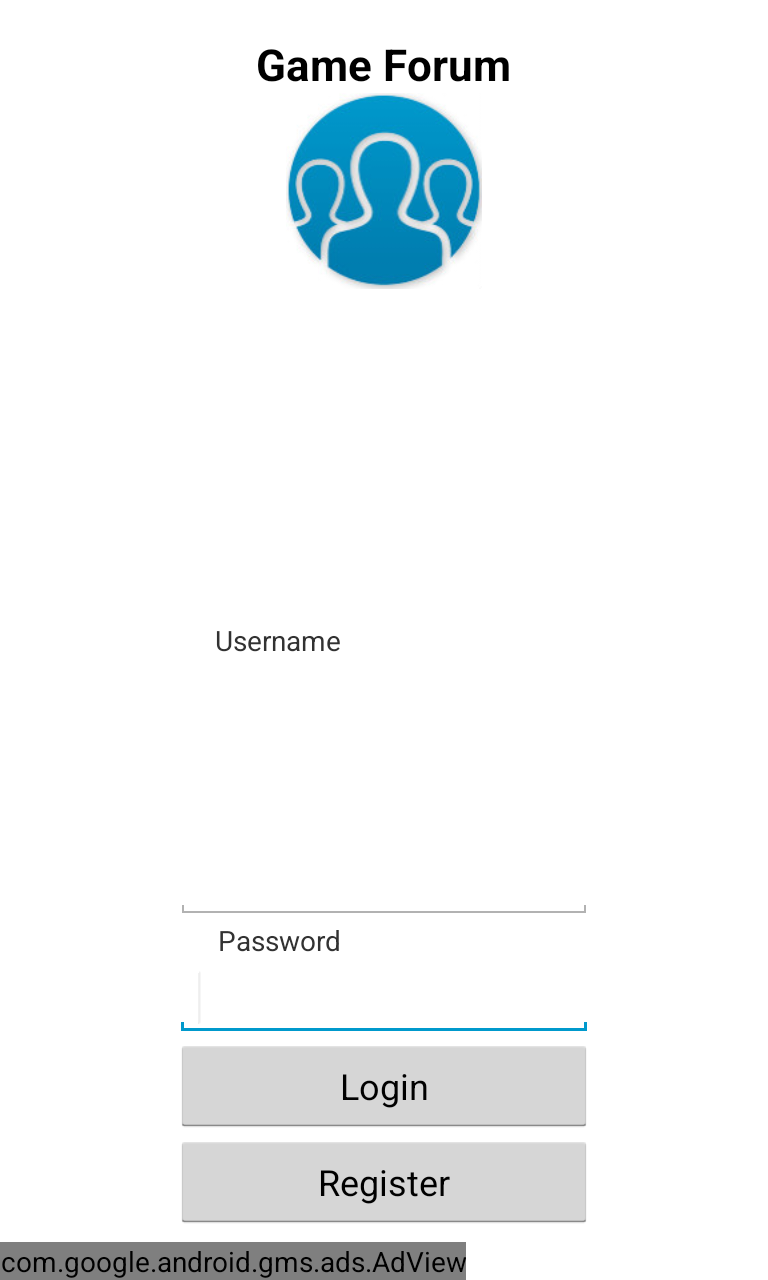
Repository: yuanpeixin/Project
Layout: GameForum/res/layout/login.xml
An editor plug-in stored every save of this project. The layout is shown before and after the next save, followed by the edit.
Pictures or frames that could not be fetched are drawn as grey boxes. It is drawn on a 768 x 1280 px phone screen (xhdpi) without system bars, with theme AppTheme; the app's code is not run.

Above is the layout before, as saved 2015-10-05 04:39:44.

After the next save:
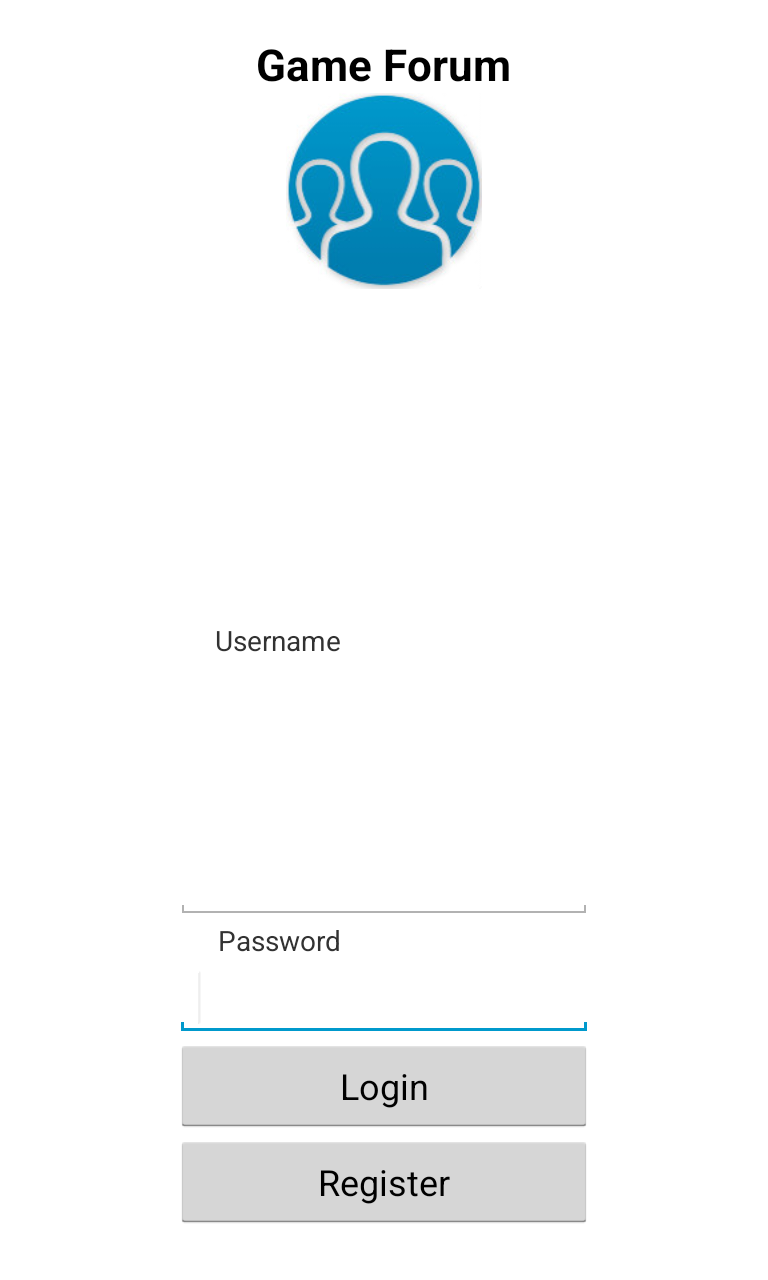
Saved 70 s later.
--- a/GameForum/res/layout/login.xml
+++ b/GameForum/res/layout/login.xml
@@ -4,17 +4,6 @@
     xmlns:tools="http://schemas.android.com/tools"
     android:layout_width="match_parent"
     android:layout_height="match_parent" >
-
-    <com.google.android.gms.ads.AdView
-        android:id="@+id/adView"
-        android:layout_width="wrap_content"
-        android:layout_height="wrap_content"
-        android:layout_alignParentBottom="true"
-        android:layout_alignParentLeft="true"
-        ads:adSize="BANNER"
-        ads:adUnitId="ca-app-pub-3673983865885023/6245257391"
-        android:gravity="center" >
-    </com.google.android.gms.ads.AdView>
 
     <Button
         android:id="@+id/register"
@@ -23,7 +12,6 @@
         android:layout_alignLeft="@+id/login"
         android:layout_alignParentBottom="true"
         android:layout_alignRight="@+id/login"
-        android:layout_above="@+id/adView"
         android:layout_marginBottom="25dp"
         android:text="Register" />
 
